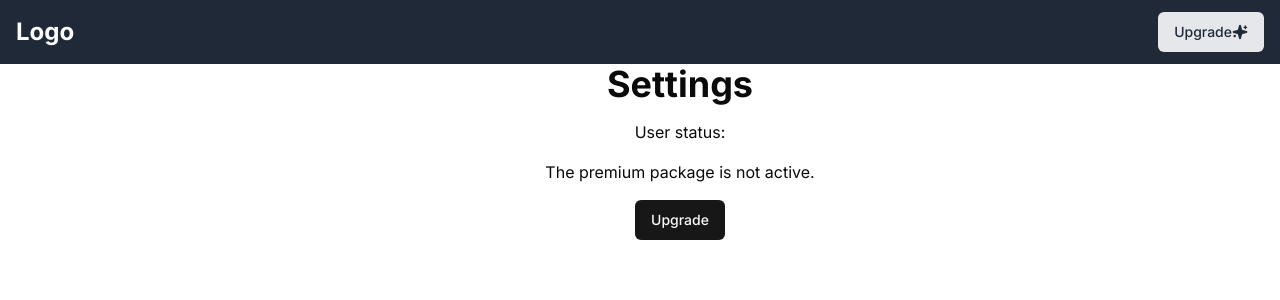
Repository: michalmilek/AI-companion-bot
Page: /settings
An editor plug-in stored every save of this project. The page is shown before and after the next save, followed by the edit.
The browser window is 1280 px wide. The pictures show the whole page.
The page's requests for data from a server got no answer. The project was rebuilt for these pictures with package versions that can differ from the ones it lists, and the page was loaded fresh each time. Some packages were replaced by stand-ins written for this rebuild. The framework's server and built-in components were replaced by stand-ins that run in the browser. No one was signed in, and anything a server would have sent is missing. Also part of the build but not shown: next.config.js. Imported but missing from the stored project, and not drawn on this page: lib/prismadb.

Above is the page before, as saved 2023-10-10 14:03:52.

### app/layout.tsx
import { ClerkProvider } from "@clerk/nextjs";
import "./globals.css";
import type { Metadata } from "next";
import { Inter } from "next/font/google";

const inter = Inter({ subsets: ["latin"] });

export const metadata: Metadata = {
  title: "Create Next App",
  description: "Generated by create next app",
};

export default function RootLayout({
  children,
}: {
  children: React.ReactNode;
}) {
  return (
    <ClerkProvider>
      <html lang="en">
        <body className={inter.className}>{children}</body>
      </html>
    </ClerkProvider>
  );
}

### app/(root)/layout.tsx
import Navbar from "@/components/Navbar";
import React from "react";

const RootLayout = ({ children }: { children: React.ReactNode }) => {
  return (
    <div className="h-screen">
      <Navbar />
      <main className="md:pl-20 pt-16 h-full">{children}</main>
    </div>
  );
};

export default RootLayout;

### app/(root)/(routes)/settings/page.tsx
import { checkSubscription } from "@/lib/subscription";
import React from "react";
import SubscriptionPanel from "./companion/SubscriptionPanel";

const page = async () => {
  const isPro = await checkSubscription();
  return (
    <div>
      <SubscriptionPanel isPro={isPro} />
    </div>
  );
};

export default page;

### app/globals.css
@tailwind base;
@tailwind components;
@tailwind utilities;

@layer base {
  :root {
    --background: 0 0% 100%;
    --foreground: 0 0% 3.9%;

    --card: 0 0% 100%;
    --card-foreground: 0 0% 3.9%;

    --popover: 0 0% 100%;
    --popover-foreground: 0 0% 3.9%;

    --primary: 0 0% 9%;
    --primary-foreground: 0 0% 98%;

    --secondary: 0 0% 96.1%;
    --secondary-foreground: 0 0% 9%;

    --muted: 0 0% 96.1%;
    --muted-foreground: 0 0% 45.1%;

    --accent: 0 0% 96.1%;
    --accent-foreground: 0 0% 9%;

    --destructive: 0 84.2% 60.2%;
    --destructive-foreground: 0 0% 98%;

    --border: 0 0% 89.8%;
    --input: 0 0% 89.8%;
    --ring: 0 0% 3.9%;

    --radius: 0.5rem;
  }

  .dark {
    --background: 0 0% 3.9%;
    --foreground: 0 0% 98%;

    --card: 0 0% 3.9%;
    --card-foreground: 0 0% 98%;

    --popover: 0 0% 3.9%;
    --popover-foreground: 0 0% 98%;

    --primary: 0 0% 98%;
    --primary-foreground: 0 0% 9%;

    --secondary: 0 0% 14.9%;
    --secondary-foreground: 0 0% 98%;

    --muted: 0 0% 14.9%;
    --muted-foreground: 0 0% 63.9%;

    --accent: 0 0% 14.9%;
    --accent-foreground: 0 0% 98%;

    --destructive: 0 62.8% 30.6%;
    --destructive-foreground: 0 0% 98%;

    --border: 0 0% 14.9%;
    --input: 0 0% 14.9%;
    --ring: 0 0% 83.1%;
  }
}

@layer base {
  * {
    @apply border-border;
  }
  body {
    @apply bg-background text-foreground;
  }
}

*{
  box-sizing: border-box;
  padding: 0;
  margin: 0;
}

### components/Navbar.tsx
"use client";

import React, { useEffect, useState } from "react";
import { UserButton } from "@clerk/nextjs";
import { Button } from "./ui/button";
import { Sparkles } from "lucide-react";

const Navbar = () => {
  return (
    <nav className="bg-gray-800 text-white h-16 flex justify-between items-center px-4 fixed top-0 left-0 right-0 z-50">
      <a
        href="#"
        className="text-2xl font-bold">
        Logo
      </a>
      <div className="flex items-center gap-3">
        <Button className="bg-gray-200 text-gray-800">
          Upgrade
          <Sparkles className="text-gray-800 fill-gray-800 h-4 w-4" />
        </Button>

        <UserButton />
      </div>
    </nav>
  );
};

export default Navbar;

### lib/subscription.ts
import { auth } from "@clerk/nextjs";

import prismadb from "@/lib/prismadb";

const DAY_IN_MS = 86_400_000;

export const checkSubscription = async () => {
  const { userId } = auth();

  if (!userId) {
    return false;
  }

  const userSubscription = await prismadb.userSubscription.findUnique({
    where: {
      userId,
    },
    select: {
      stripeCurrentPeriodEnd: true,
      stripeCustomerId: true,
      stripePriceId: true,
      stripeSubscriptionId: true,
    },
  });

  if (!userSubscription) {
    return false;
  }

  const isValid =
    userSubscription.stripePriceId &&
    userSubscription.stripeCurrentPeriodEnd?.getTime()! + DAY_IN_MS >
      Date.now();

  return !!isValid;
};

### app/(root)/(routes)/settings/companion/SubscriptionPanel.tsx
"use client";

import { Button } from "@/components/ui/button";
import axios from "axios";
import React from "react";

const SubscriptionPanel = ({ isPro }: { isPro: boolean }) => {
  const onSubscribe = async () => {
    try {
      const response = await axios.get("/api/stripe");

      window.location.href = response.data.url;
    } catch (error) {
      console.log("onSubscribe error", error);
    }
  };

  return (
    <div className="flex flex-col gap-4 items-center justify-center">
      <h1 className="text-4xl font-bold">Settings</h1>
      <h2>User status:</h2>
      <p>
        {isPro
          ? "The premium package is active."
          : "The premium package is not active."}
      </p>
      <Button onClick={onSubscribe}>
        {isPro ? "Edit your subscription" : "Upgrade"}
      </Button>
    </div>
  );
};

export default SubscriptionPanel;

### components/ui/button.tsx
import * as React from "react"
import { Slot } from "@radix-ui/react-slot"
import { cva, type VariantProps } from "class-variance-authority"

import { cn } from "@/lib/utils"

const buttonVariants = cva(
  "inline-flex items-center justify-center rounded-md text-sm font-medium ring-offset-background transition-colors focus-visible:outline-none focus-visible:ring-2 focus-visible:ring-ring focus-visible:ring-offset-2 disabled:pointer-events-none disabled:opacity-50",
  {
    variants: {
      variant: {
        default: "bg-primary text-primary-foreground hover:bg-primary/90",
        destructive:
          "bg-destructive text-destructive-foreground hover:bg-destructive/90",
        outline:
          "border border-input bg-background hover:bg-accent hover:text-accent-foreground",
        secondary:
          "bg-secondary text-secondary-foreground hover:bg-secondary/80",
        ghost: "hover:bg-accent hover:text-accent-foreground",
        link: "text-primary underline-offset-4 hover:underline",
      },
      size: {
        default: "h-10 px-4 py-2",
        sm: "h-9 rounded-md px-3",
        lg: "h-11 rounded-md px-8",
        icon: "h-10 w-10",
      },
    },
    defaultVariants: {
      variant: "default",
      size: "default",
    },
  }
)

export interface ButtonProps
  extends React.ButtonHTMLAttributes<HTMLButtonElement>,
    VariantProps<typeof buttonVariants> {
  asChild?: boolean
}

const Button = React.forwardRef<HTMLButtonElement, ButtonProps>(
  ({ className, variant, size, asChild = false, ...props }, ref) => {
    const Comp = asChild ? Slot : "button"
    return (
      <Comp
        className={cn(buttonVariants({ variant, size, className }))}
        ref={ref}
        {...props}
      />
    )
  }
)
Button.displayName = "Button"

export { Button, buttonVariants }

Loaded but not shown: lib/utils.ts (common file); tailwind.config.js (common file)

After the next save:
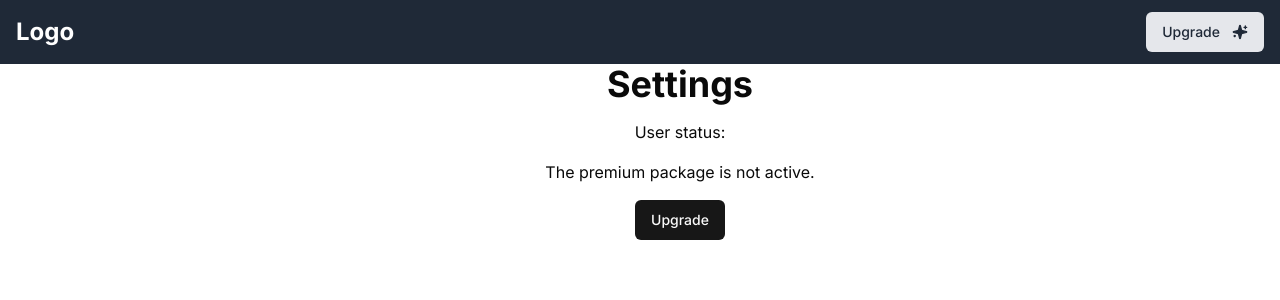
Saved 8 s later.
--- a/components/Navbar.tsx
+++ b/components/Navbar.tsx
@@ -14,7 +14,7 @@ const Navbar = () => {
         Logo
       </a>
       <div className="flex items-center gap-3">
-        <Button className="bg-gray-200 text-gray-800">
+        <Button className="bg-gray-200 text-gray-800 flex items-center gap-3">
           Upgrade
           <Sparkles className="text-gray-800 fill-gray-800 h-4 w-4" />
         </Button>
